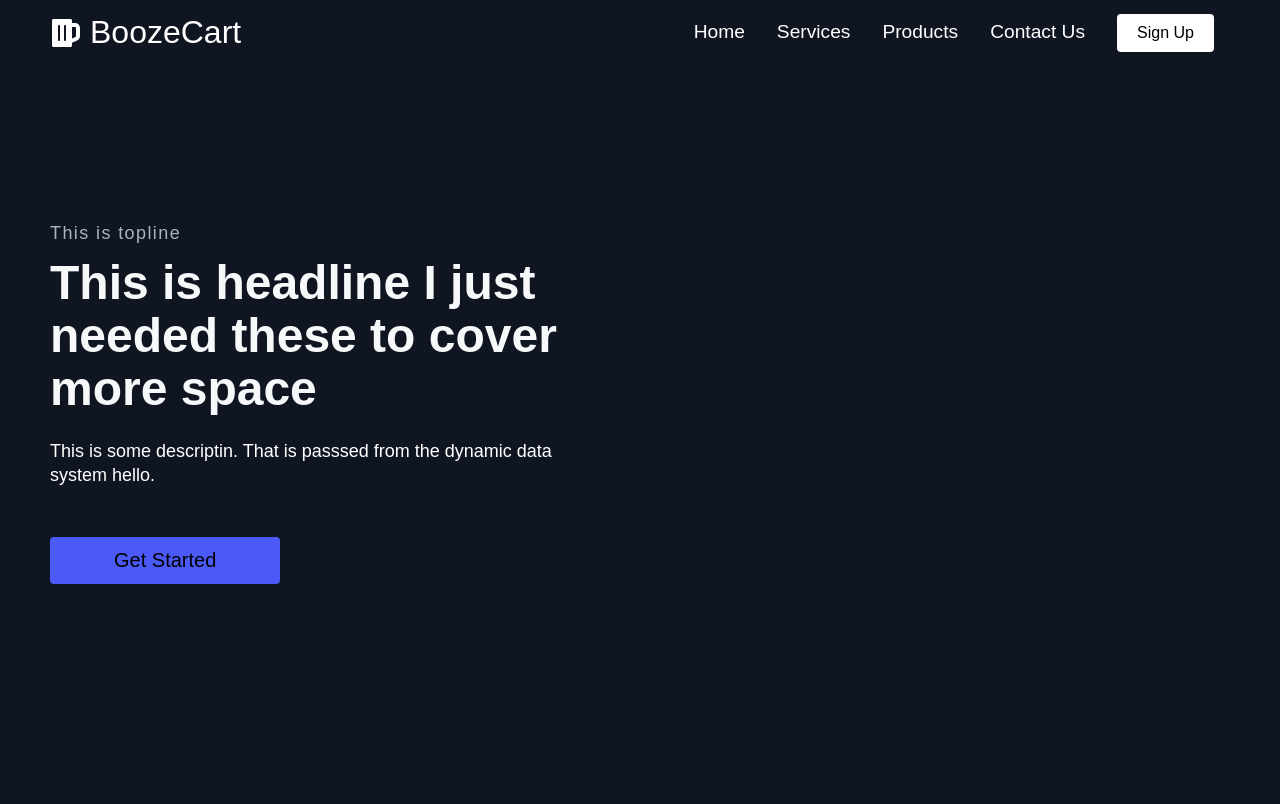
Repository: ajaygc95/Django-and-react
Page: / (app in galamart_sell/boozecart/)
The author's editor kept a copy of each file at every save. The page is drawn from the files as they stood at one save, then again after the next save.
The browser window is 1280 px wide. The pictures show the whole page.
The project was rebuilt for these pictures with package versions that can differ from the ones it lists, and the page was loaded fresh each time.

Above is the page before, as saved 2021-04-13 00:08:11.

### galamart_sell/boozecart/src/App.js
import { Navbar } from "./components";
import { BrowserRouter as Router, Switch, Route } from "react-router-dom";
import GlobalStyle from "./globalStyles";
import Home from "./pages/HomePage/Home";
function App() {
  return (
    <Router>
      <GlobalStyle />
      <Navbar></Navbar>
      <Switch>
        <Route path="/" exact component={Home}></Route>
      </Switch>
    </Router>
  );
}

export default App;

### galamart_sell/boozecart/src/components/index.js
export { default as Navbar } from "./NavBar/Navbar";
export { default as InfoSection } from "./InfoSection/InfoSection";

### galamart_sell/boozecart/src/globalStyles.js
import styled, { createGlobalStyle } from "styled-components";

const GlobalStyle = createGlobalStyle`
*{
    box-sizing: border-box;
    margin: 0;
    padding: 0;
    font-family: 'Source Sans Pro', sans-serif;
}

`;

export const Container = styled.div`
  z-index: 1;
  width: 100%;
  margin-right: auto;
  margin-left: auto;
  max-width: 1300px;
  padding-right: 50px;
  padding-left: 50px;

  @media screen and (max-width: 991px) {
    padding-right: 30px;
    padding-left: 30px;
  }
`;

export const Button = styled.button`
  border-radius: 4px;
  background: ${({ primary }) => (primary ? "#4b59f7" : "white")};
  white-space: nowrap;
  padding: ${({ big }) => (big ? "12px 64px" : "10px 20px")};
  font-size: ${({ fontBig }) => (fontBig ? "20px" : "16px")};
  outline: none;
  border: none;
  cursor: pointer;

  &:hover {
    transition: all 0.3s ease-out;
    background: ${({ primary }) => (primary ? "#0467fb" : "#4b59f7")};
    color: white;
  }

  @media screen and (max-width: 960px) {
    width: 100%;
  }
`;

export default GlobalStyle;

### galamart_sell/boozecart/src/pages/HomePage/Home.js
import React from "react";
import { InfoSection } from "../../components";
import { homeObj } from "./Data";

const Home = () => {
  return (
    <>
      <InfoSection {...homeObj}></InfoSection>
    </>
  );
};

export default Home;

### galamart_sell/boozecart/src/components/NavBar/Navbar.js
import React, { useEffect, useState } from "react";
import { FaBars, FaTimes } from "react-icons/fa";
import { Button } from "../../globalStyles";

import {
  Nav,
  NavbarContainer,
  NavIcon,
  NavLogo,
  MobileIcon,
  NavMenu,
  NavItem,
  NavLinks,
  NavItemBtn,
  NavBtnLink,
} from "./Navbar.element";

const Navbar = () => {
  const [click, setClick] = useState(false);
  const [button, setButton] = useState(true);
  const handleClick = () => setClick(!click);

  const showButton = () => {
    if (window.innerWidth <= 960) {
      setButton(false);
    } else {
      setButton(true);
    }
  };

  useEffect(() => {
    showButton();
  });
  window.addEventListener("resize", showButton);
  return (
    <>
      <Nav>
        <NavbarContainer>
          <NavLogo to="/">
            <NavIcon />
            BoozeCart
          </NavLogo>
          <MobileIcon onClick={handleClick}>
            {click ? <FaTimes /> : <FaBars />}
          </MobileIcon>
          <NavMenu onClick={handleClick} click={click}>
            <NavItem>
              <NavLinks to="/">Home</NavLinks>
            </NavItem>
            <NavItem>
              <NavLinks to="/services">Services</NavLinks>
            </NavItem>
            <NavItem>
              <NavLinks to="/Products">Products</NavLinks>
            </NavItem>
            <NavItem>
              <NavLinks to="/contact">Contact Us</NavLinks>
            </NavItem>
            <NavItemBtn>
              {button ? (
                <NavBtnLink to="/sign-up">
                  <Button> Sign Up</Button>
                </NavBtnLink>
              ) : (
                <NavBtnLink to="/sign-up">
                  <Button fontBig primary>
                    Sign Up
                  </Button>
                </NavBtnLink>
              )}
            </NavItemBtn>
          </NavMenu>
        </NavbarContainer>
      </Nav>
    </>
  );
};

export default Navbar;

### galamart_sell/boozecart/src/components/InfoSection/InfoSection.js
import React from "react";
import { Link } from "react-router-dom";
import { Button, Container } from "../../globalStyles";
import {
  Heading,
  InfoColumn,
  InfoRow,
  InfoSec,
  Subtitle,
  TextWrapper,
  TopLine,
} from "./InfoSection.element";

const InfoSection = ({
  primary,
  lightBg,
  imgStart,
  lightTopLine,
  lightTextDesc,
  buttonLabel,
  description,
  headline,
  lightText,
  topLine,
}) => {
  return (
    <>
      <InfoSec lightBg={lightBg}>
        <Container>
          <InfoRow imgStart={imgStart}>
            <InfoColumn>
              <TextWrapper>
                <TopLine lightTopLine={lightTopLine}>{topLine}</TopLine>
                <Heading lightText={lightText}>{headline}</Heading>
                <Subtitle lightText={lightTextDesc}>{description}</Subtitle>
                <Link to="/sign-up">
                  <Button big fontBig primary={primary}>
                    {buttonLabel}
                  </Button>
                </Link>
              </TextWrapper>
            </InfoColumn>
          </InfoRow>
        </Container>
      </InfoSec>
    </>
  );
};

export default InfoSection;

### galamart_sell/boozecart/src/pages/HomePage/Data.js
export const homeObj = {
  lightBg: false,
  primary: true,
  lightBg: false,
  imgStart: "",
  lightTopLine: true,
  lightTextDesc: true,
  buttonLabel: "Get Started",
  description:
    "This is some descriptin. That is passsed from the dynamic data system hello. ",
  headline: "This is headline I just needed these to cover more space",
  lightText: true,
  topLine: "This is topline",
};

### galamart_sell/boozecart/src/components/NavBar/Navbar.element.js
import styled from "styled-components";
import { Container } from "../../globalStyles";
import { Link } from "react-router-dom";
import { FaBeer } from "react-icons/fa";

export const Nav = styled.nav`
  background: #101522;
  height: 65px;
  display: flex;
  justify-content: center;
  align-items: center;
  font-size: 1.2rem;
  position: sticky;
  top: 0;
  z-index: 999;
  color: white;
`;

export const NavbarContainer = styled(Container)`
  display: flex;
  justify-content: space-between;
  align-items: center;
  height: 65px;
$(Container)

`;

export const NavLogo = styled(Link)`
  color: #fff;
  justify-self: flex-start;
  cursor: pointer;
  text-decoration: none;
  font-size: 2rem;
  display: flex;
  align-items: center;
`;

export const NavIcon = styled(FaBeer)`
  margin-right: 0.5rem;
  color: white;
`;

export const MobileIcon = styled.div`
  display: none;

  @media screen and (max-width: 960px) {
    display: flex;
    align-items: center;
    display: block;
    position: absolute;
    right: 10px;
    line-height: 65px;
    font-size: 2rem;
    cursor: pointer;
  }
`;

export const NavMenu = styled.ul`
  display: flex;
  align-items: center;
  text-align: center;
  list-style: none;

  @media screen and (max-width: 960px) {
    display: flex;
    flex-direction: column;
    width: 100%;
    height: 90vh;
    position: absolute;
    top: 65px;
    left: ${({ click }) => (click ? 0 : "-100%")};
    opacity: 1;
    transition: all 0.3s ease;
    background: #101522;
  }
`;

export const NavItem = styled.li`
  height: 65px;
  border-bottom: 2px solid transparent;

  &:hover {
    border-bottom: 2px solid #0467fb;
  }

  @media screen and (max-width: 960px) {
    width: 100%;
    align-items: center;
    &:hover {
      border: none;
    }
  }
`;

export const NavLinks = styled(Link)`
  color: #fff;
  display: flex;
  align-items: center;
  text-decoration: none;
  padding: 0.5rem 1rem;
  height: 100%;

  &:hover {
    color: #0467fb;
  }

  @media screen and (max-width: 960px) {
    text-align: center;
    padding: 2rem;
    width: 100%;
    display: table;

    &:hover {
      color: #4b59f7;
      transition: all 0.3s ease;
    }
  }
`;

export const NavItemBtn = styled.li`
  display: flex;
  @media screen and (max-width: 960px) {
    display: flex;
    justify-content: center;
    width: 100%;
    width: 100%;
    height: 120px;
  }
`;

export const NavBtnLink = styled(Link)`
  display: flex;
  justify-content: center;
  align-items: center;
  text-decoration: none;
  padding: 8px 16px;
  height: 100%;
  width: 100%;
  border: none;
  outline: none;
`;

### galamart_sell/boozecart/src/components/InfoSection/InfoSection.element.js
import styled from "styled-components";

export const InfoSec = styled.div`
  color: #fff;
  padding: 160px 0;
  background: ${({ lightBg }) => (lightBg ? "#fff" : "#101522")};
`;

export const InfoRow = styled.div`
  display: flex;
  margin: 0 -15px -15px -15px;
  flex-wrap: wrap;
  align-items: center;
  flex-direction: ${({ imgStart }) => (imgStart ? "row-reverse" : "row")};
`;

export const InfoColumn = styled.div`
  margin-bottom: 15px;
  padding-right: 15px;
  padding-left: 15px;
  flex: 1;
  max-width: 50%;
  flex-basis: 50%;

  @media screen and (max-width: 768px) {
    max-width: 100%;
    flex-basis: 100%;
    display: flex;
    justify-content: center;
  }
`;

export const TextWrapper = styled.div`
  max-width: 540px;
  padding-top: 0;
  padding-bottom: 60px;

  @media screen and (max-width: 768px) {
    padding-bottom: 65px;
  }
`;

export const TopLine = styled.div`
  color: ${({ lightTopLine }) => (lightTopLine ? "#a9b3c1" : "#4b59f7")};
  font-size: 18px;
  line-height: 16px;
  letter-spacing: 1.4px;
  margin-bottom: 16px;
`;

export const Heading = styled.h1`
  margin-bottom: 24px;
  font-size: 48px;
  line-height: 1.1;
  color: ${({ lightText }) => (lightText ? "#f7f8fa" : "#1c2237")};
`;

export const Subtitle = styled.p`
  margin-bottom: 50px;
  font-size: 35px;
  font-size: 18px;
  line-height: 24px;
  color: ${({ lightTextDesc }) => (lightTextDesc ? "white" : "white")};
`;

Loaded but not shown: galamart_sell/boozecart/public/index.html (common file); galamart_sell/boozecart/src/index.js (common file)

After the next save:
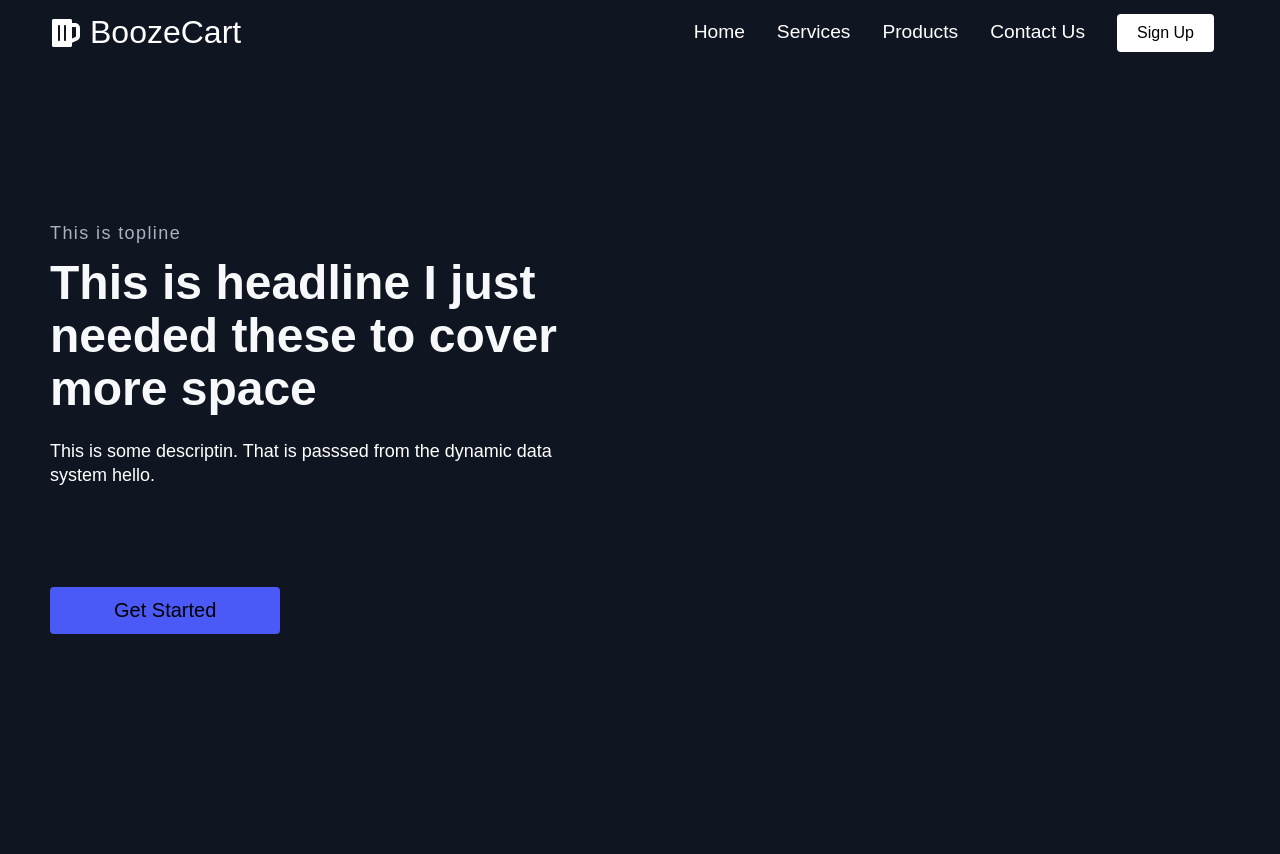
Saved 31 s later.
--- a/galamart_sell/boozecart/src/components/InfoSection/InfoSection.element.js
+++ b/galamart_sell/boozecart/src/components/InfoSection/InfoSection.element.js
@@ -56,7 +56,7 @@ export const Heading = styled.h1`
 `;
 
 export const Subtitle = styled.p`
-  margin-bottom: 50px;
+  margin-bottom: 100px;
   font-size: 35px;
   font-size: 18px;
   line-height: 24px;
